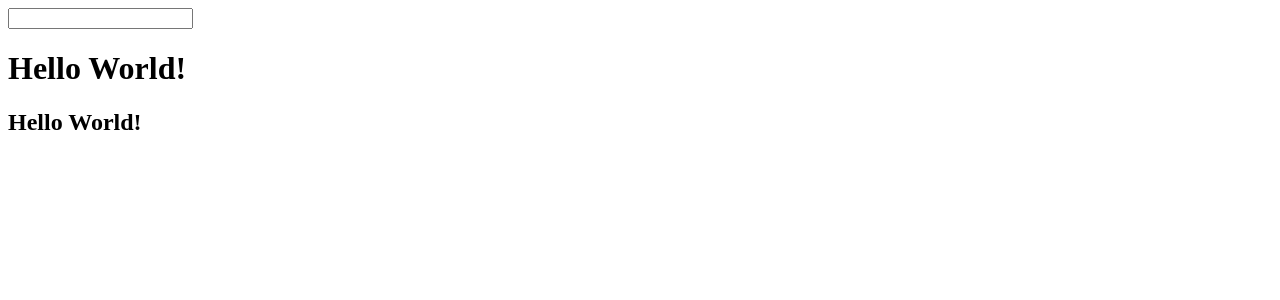
Repository: wojkos/Learn
Page: Vue/index.html
An editor plug-in stored every save of this project. The page is shown before and after the next save, followed by the edit.
The browser window is 1280 px wide. The pictures show the whole page.

Above is the page before, as saved 2018-03-29 22:01:30.

### Vue/index.html
<!DOCTYPE html>
<html lang="en">

<head>
    <meta charset="UTF-8">
    <title>Document</title>
    <script src="vue/vue.js">
    </script>
</head>

<body>
    <div id="app">
        <input type="text" v-on:input="changeTitle">
        <h1>{{ title }}</h1>
        <h2>{{ sayHello() }}</h2>
    </div>


    <script>
        new Vue({
            el: '#app',
            data: {
                title: 'Hello World!'
            },
            methods: {
                changeTitle: function(event) {
                    this.title = event.target.value;
                },
                sayHello: function() {
                    return this.title;
                }
            }
        });
    </script>
</body>

</html>

Loaded but not shown: Vue/vue/vue.js (library)

After the next save:
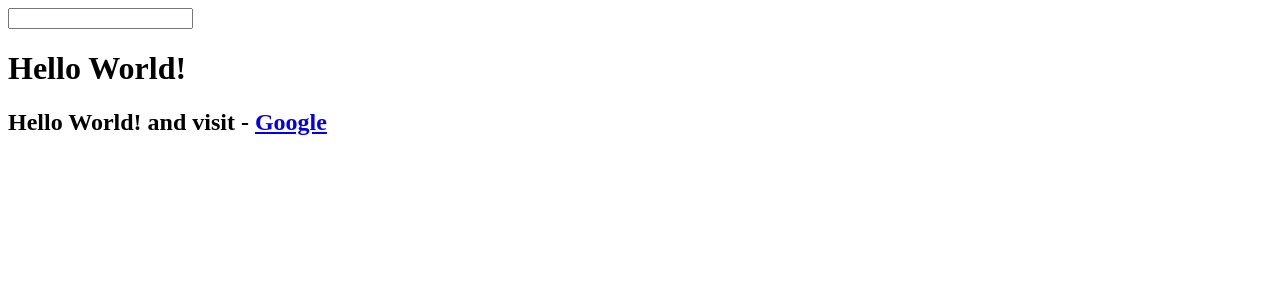
Saved 2 min 52 s later.
--- a/Vue/index.html
+++ b/Vue/index.html
@@ -12,7 +12,7 @@
     <div id="app">
         <input type="text" v-on:input="changeTitle">
         <h1>{{ title }}</h1>
-        <h2>{{ sayHello() }}</h2>
+        <h2>{{ sayHello() }} and visit - <a v-bind:href="link">Google</a></h2>
     </div>
 
 
@@ -20,7 +20,8 @@
         new Vue({
             el: '#app',
             data: {
-                title: 'Hello World!'
+                title: 'Hello World!',
+                link: 'http://google.com'
             },
             methods: {
                 changeTitle: function(event) {
